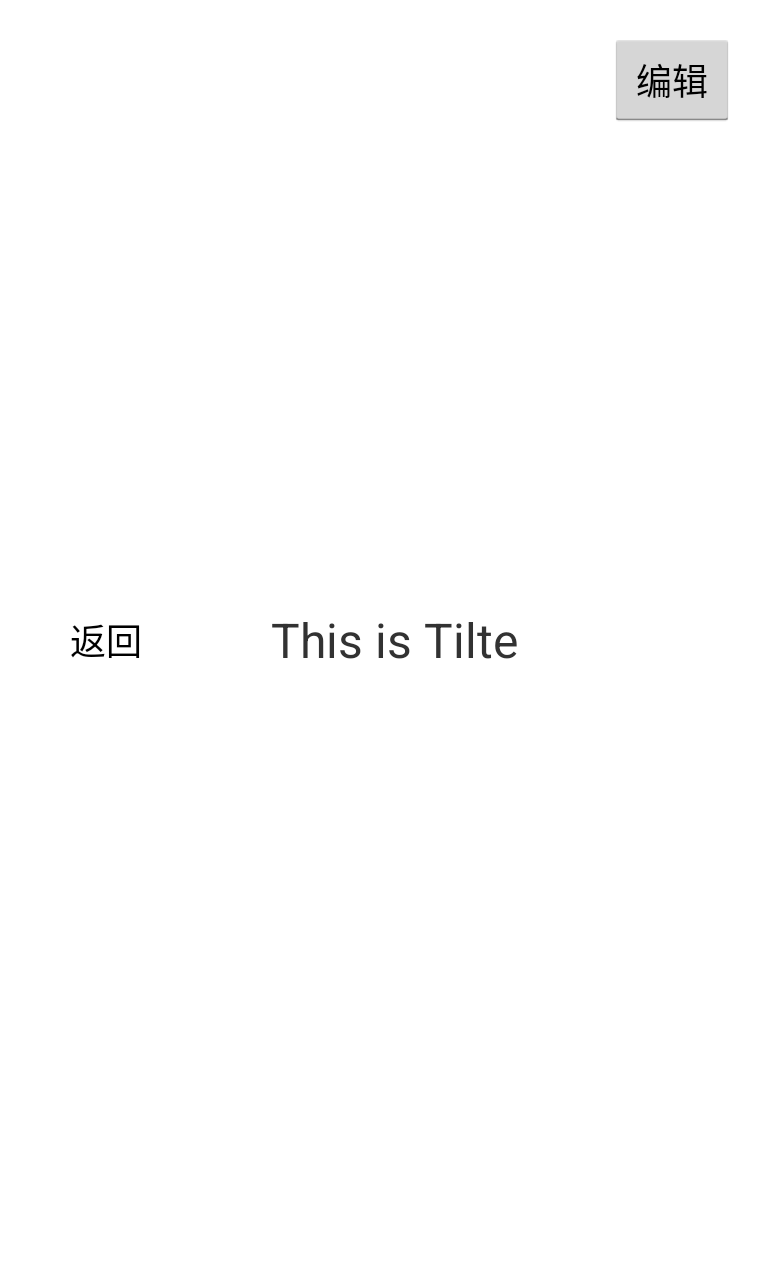
Repository: jinpp/Android
Layout: UICustomViews/res/layout/activity_main.xml
An editor plug-in stored every save of this project. The layout is shown before and after the next save, followed by the edit.
It is drawn on a 768 x 1280 px phone screen (xhdpi) without system bars, with theme AppTheme; the app's code is not run.

Above is the layout before, as saved 2016-11-17 02:34:46.

### UICustomViews/res/layout/activity_main.xml
<LinearLayout xmlns:android="http://schemas.android.com/apk/res/android"
    xmlns:tools="http://schemas.android.com/tools"
    android:layout_width="match_parent"
    android:layout_height="match_parent"
    android:paddingBottom="@dimen/activity_vertical_margin"
    android:paddingLeft="@dimen/activity_horizontal_margin"
    android:paddingRight="@dimen/activity_horizontal_margin"
    android:paddingTop="@dimen/activity_vertical_margin"
    tools:context=".MainActivity" >

    <Button
        android:id="@+id/rbutton"
        android:layout_width="wrap_content"
        android:layout_height="wrap_content"
        android:layout_gravity="center"
        android:layout_margin="5dip"
        android:background="#fff"
        android:text="返回" />

    <TextView
        android:id="@+id/textview"
        android:layout_width="0dip"
        android:layout_height="wrap_content"
        android:layout_gravity="center"
        android:layout_weight="1"
        android:gravity="center"
        android:textSize="24sp"
        android:background="#fff"
        android:text="This is Tilte" />

    <Button
        android:id="@+id/ebutton"
        android:layout_width="wrap_content"
        android:layout_height="wrap_content"
        android:text="编辑" />

</LinearLayout>

Loaded but not shown: UICustomViews/res/values/styles.xml (common file); UICustomViews/res/values-v11/styles.xml (common file); UICustomViews/res/values-v14/styles.xml (common file); UICustomViews/res/values/dimens.xml (common file)

After the next save:
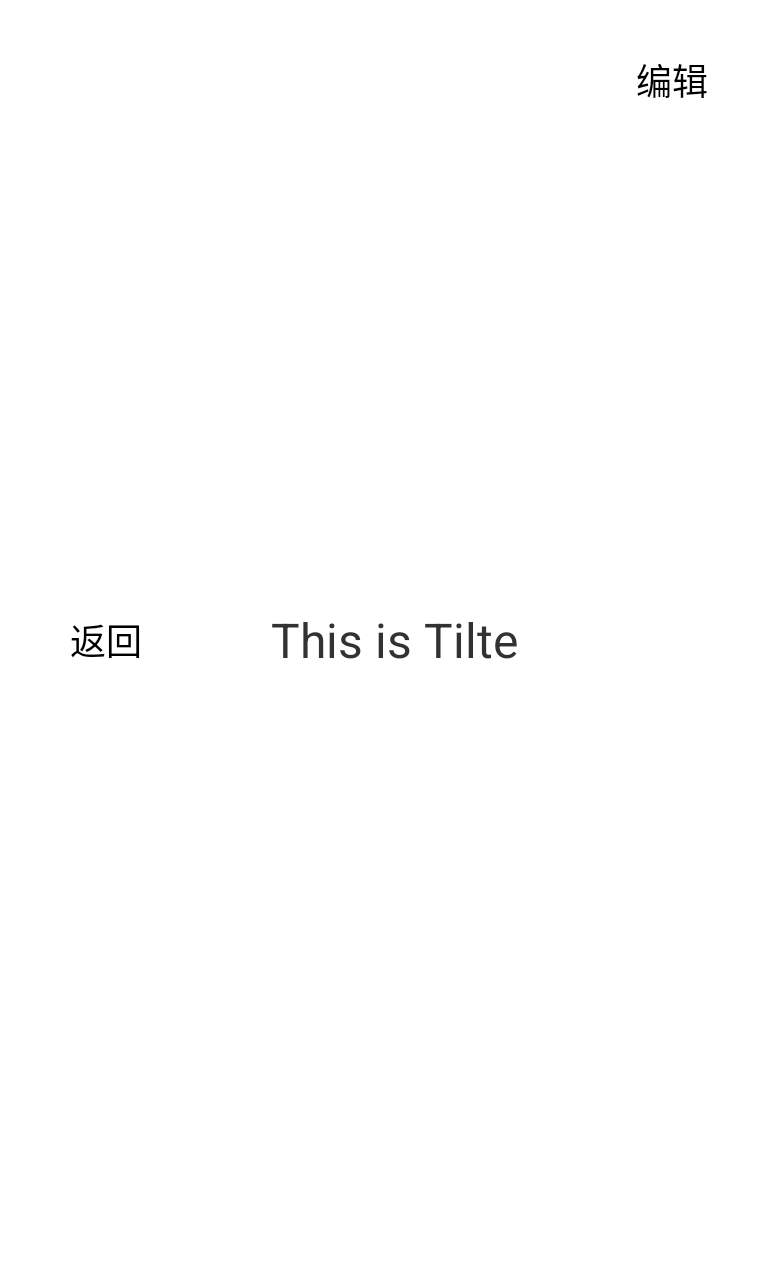
Saved 15 s later.
--- a/UICustomViews/res/layout/activity_main.xml
+++ b/UICustomViews/res/layout/activity_main.xml
@@ -32,6 +32,7 @@
         android:id="@+id/ebutton"
         android:layout_width="wrap_content"
         android:layout_height="wrap_content"
+        android:background="#fff"
         android:text="编辑" />
 
 </LinearLayout>
